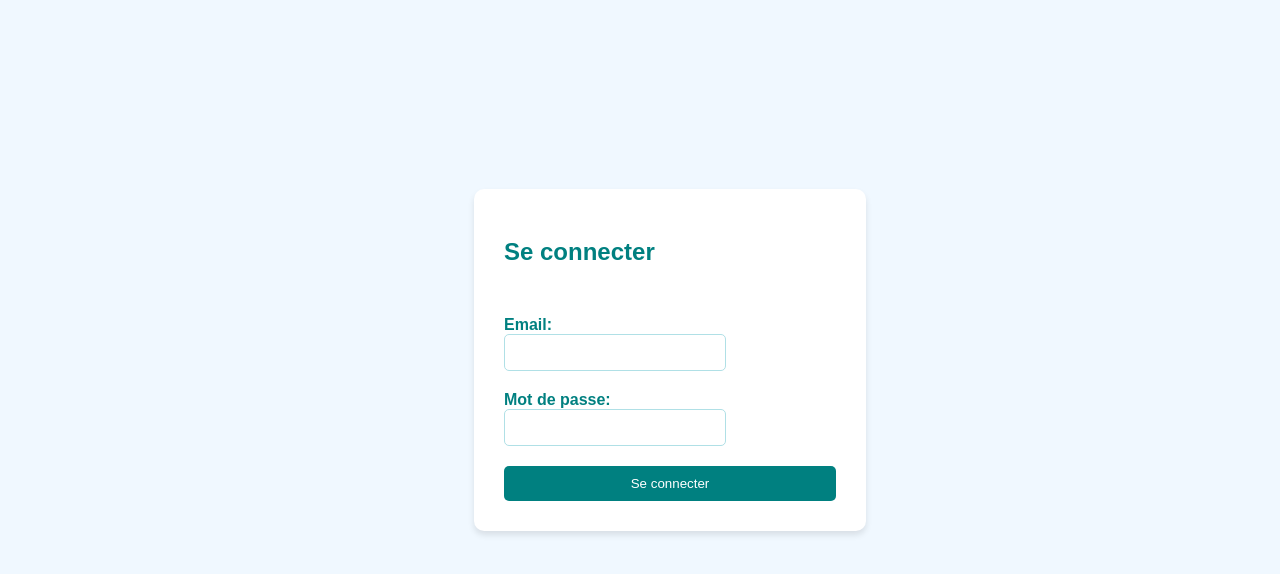
Repository: marwaouahouah1/OdysseyOfMemories
Page: /Login (app in frontend/)
These files come from the project's save history. The page is drawn as it stood at one moment and after the next save; the edit follows.
The browser window is 1280 px wide. The pictures show the whole page.
The project was rebuilt for these pictures with package versions that can differ from the ones it lists, and the page was loaded fresh each time. Also part of the build but not shown: frontend/src/App.js, frontend/src/SignUp/SignUpUser.js, frontend/src/Profile/Profile.js.

Above is the page before, as saved 2023-04-01 17:56:41.

### frontend/src/index.js
import React from 'react';
import ReactDOM from 'react-dom/client';
import App from './App';
import reportWebVitals from './reportWebVitals';
import SignUpUser from './SignUp/SignUpUser';
import Login from './Connexion/Login';
import Profile from './Profile/Profile'
import { BrowserRouter, Routes, Route } from "react-router-dom";

const root = ReactDOM.createRoot(document.getElementById('root'));
root.render(
  <React.StrictMode>
    <BrowserRouter>
       <Routes>
        <Route path="/" element={<App/>} />
        <Route path="/SignUpUser" element={<SignUpUser/>}/>
        <Route path="/Login" element={<Login/>}/>
        <Route path="/Profile" element={<Profile/>}></Route>
      </Routes>
    </BrowserRouter>
  </React.StrictMode>
);

// If you want to start measuring performance in your app, pass a function
// to log results (for example: reportWebVitals(console.log))
// or send to an analytics endpoint. Learn more: https://bit.ly/CRA-vitals
reportWebVitals();

### frontend/src/Connexion/Login.js
import React, { useState } from 'react';
import axios from 'axios';
import "../SignUp/signupuser.css"

const Login = () => {
  const [email, setEmail] = useState('');
  const [password, setPassword] = useState('');

  const handleSubmit = async (e) => {
    e.preventDefault();
    try {
      const response = await axios.post("http://localhost:5000/login", {
        email,
        password,
      });

      if (response.data.message === "Connexion réussie") {
        // Stocker le token d'accès dans le local storage
        localStorage.setItem("access_token", response.data.access_token);

        // Stocker les informations de l'utilisateur connecté et gérer l'authentification de l'utilisateur
        console.log(response.data);

        // Rediriger vers la page de profil
        window.location.replace('/Profile');
      } else {
        console.error("Erreur lors de la connexion", response.data.message);
      }
    } catch (error) {
      console.error("Erreur lors de la connexion", error);
    }
  };

  const fetchProtectedData = async () => {
    try {
      const access_token = localStorage.getItem('access_token');
      const response = await axios.get('http://localhost:5000/protected', {
        headers: {
          'Authorization': `Bearer ${access_token}`
        }
      });
      console.log(response.data);
    } catch (error) {
      console.error('Erreur lors de la récupération des données protégées', error);
    }
  };


  return (
    <div className="login-container">
      <h2>Se connecter</h2>
      <form onSubmit={handleSubmit}>
        <div>
          <label htmlFor="email">Email:</label>
          <input
            type="email"
            id="email"
            value={email}
            onChange={(e) => setEmail(e.target.value)}
            required
          />
        </div>
        <div>
          <label htmlFor="password">Mot de passe:</label>
          <input
            type="password"
            id="password"
            value={password}
            onChange={(e) => setPassword(e.target.value)}
            required
          />
        </div>
        <button type="submit">Se connecter</button>
      </form>
    </div>
  );
};

export default Login;

### frontend/src/SignUp/signupuser.css
body {
    background-color: #f0f8ff;
    margin: 0;
    display: flex;
    justify-content: center;
    align-items: center;
    height: 100vh;
    font-family: Arial, sans-serif;
  }


.signup-container {
    width: 100%;
    max-width: 400px;
    background-color: #ffffff;
    padding: 30px;
    border-radius: 10px;
    box-shadow: 0 4px 6px rgba(0, 0, 0, 0.1);
  }


  h2 {
    color: #008080;
  }

  form {
    display: flex;
    flex-direction:column;
    margin-top: 50px;
    justify-content: center;
  }

  form span {
    margin-bottom: 20px;
    margin-left: 30px;
  }
  form input {
    width: 200px;
    margin-right: 50px;
  }

  label {
    color: #008080;
    font-weight: bold;
    display: flex;
    align-items: center;
    justify-content: space-between;
  }

  input {
    padding: 10px;
    border: 1px solid #b0e0e6;
    border-radius: 5px;
    margin-bottom: 20px;
  }

  button {
    background-color: #008080;
    color: white;
    border: none;
    border-radius: 5px;
    padding: 10px;
    cursor: pointer;
    transition: all 0.3s ease-in-out;
  }

  button:hover {
    background-color: #006666;
  }


  /*Partie Login*/
  .login-container {
    width: 100%;
    max-width: 400px;
    background-color: #ffffff;
    padding: 30px;
    border-radius: 10px;
    box-shadow: 0 4px 6px rgba(0, 0, 0, 0.1);
  }

Loaded but not shown: frontend/public/index.html (common file); frontend/src/reportWebVitals.js (common file); frontend/src/Profile/profile.css (no stored copy; drawn as an empty file)

After the next save:
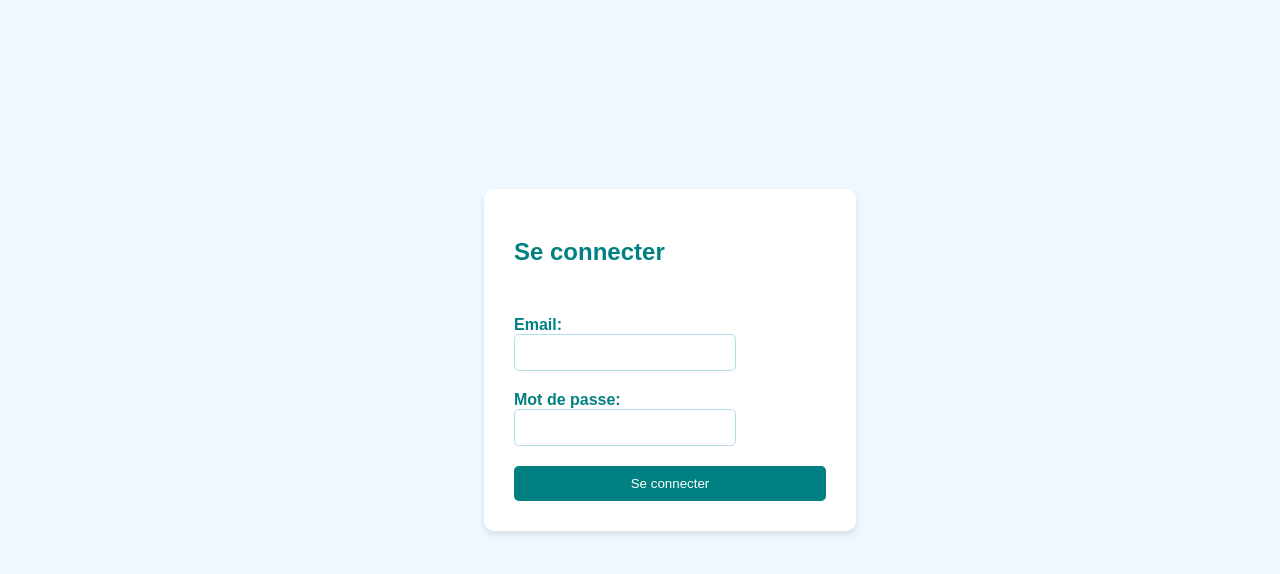
Saved 9 s later.
--- a/frontend/src/SignUp/signupuser.css
+++ b/frontend/src/SignUp/signupuser.css
@@ -36,7 +36,7 @@ body {
   }
   form input {
     width: 200px;
-    margin-right: 50px;
+    margin-right: 30px;
   }
 
   label {
